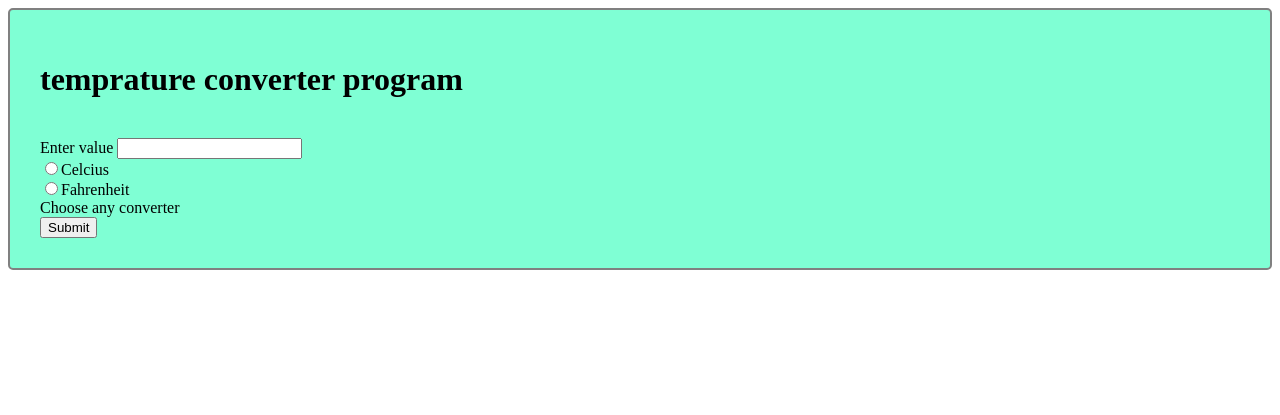
Repository: albinsabu2023/Stopwatch-program
Page: index.html
An editor plug-in stored every save of this project. The page is shown before and after the next save, followed by the edit.
The browser window is 1280 px wide. The pictures show the whole page.

Above is the page before, as saved 2023-03-02 23:09:33.

### index.html
<!DOCTYPE html>

<head>
    <meta charset="UTF-8">
    <meta http-equiv="X-UA-Compatible" content="IE=edge">
    <meta name="viewport" content="width=device-width, initial-scale=1.0">
    <link rel="stylesheet" href="style.css">
    <title>Document</title>
</head>
    <div class="c-1">


        <h1>temprature converter program</h1><br>
        <label>Enter value</label>
        <input type="text" id="text"></input><br>

        <input type="radio"  id="cel" name="temp">Celcius</input><br>
        <input type="radio" id="far" name ="temp">Fahrenheit</input><br>
        <label id="ans"> Choose any converter</label><br>
        <button type="submit" id ="submit">Submit</button>
    </div>
    <script src="index.js"></script>
</body>
</html>

### style.css
.c-1{
    padding: 30px;
    border: 2px solid gray;
    border-radius: 5px;
    background-color: aquamarine;
}
#cel,#far{
    padding: 30px;
}

### index.js
//SCOPE
/** let is limited to block
 *  var is referenced to a function
 * for(var i){
 * }
 * console.log(i) /// ERRROR!!!! cant acces
 *
 */

//locale and options
//  -----------------------
// let num = 1234.56;
// num = num.toLocaleString("en-us"); ///english usa
// console.log(num);
// num = num.toLocaleString("hi-In"); //hindi india
// console.log(num);
// num = num.toLocaleString("de-De"); //standard german
// console.log(num);
//  convert to currency
//  TO CURRENCY
//------------------

// let num = 12345.467;
// num = num.toLocaleString("en-US", { style: "currency", currency: "INR" });
// console.log(num);
//TO UNIT AND PERCENTAGE
//-----------------------------------
// num = num.toLocaleString("undefined", { style: "percentage", });
// num = num.toLocaleString("undefined", { style: "unit",,unit:"celcius" });

//NUMBER GUESSING PROGRAM
{
  /* <h1>Number Guessing Game</h1>
    <p>Pick a number between 1 to 10</p>
    <label>enter a guess</label>
    <input id="guess" type="text"></input>
    <input type="submit" id="submit"></input> */
}
// const ans = Math.floor(Math.random() * 10 + 1);
// let guess = 0;
// document.getElementById("submit").onclick = function () {
//   guess = document.getElementById("guess").value;
//   if (guess == ans) {
//     alert(`${ans} is the number it took ${guess} `);
//   } else if (guess < ans) {
//     console.log("too small");
//   } else if (guess > num) {
//     console.log("too big");
//   }
// };

//TEMPRATURE CONVERTER PROGRAM

document.getElementById("submit").onclick = function () {
  let temp;

  if (document.getElementById("cel").checked) {
    temp = document.getElementById("text").value;
    temp = Number(temp);
    let res = toCel(temp);
    document.getElementById("ans").innerHTML =
      " you enterd in celcius  is" + res;
  } else if (document.getElementById("far").checked) {
    temp = document.getElementById("text").value;
    temp = Number(temp);
    let res = toFar(temp);
    document.getElementById("ans").innerHTML =
      "you enterd in faranheit  is " + res;
  } else {
    document.getElementById("ans").innerHTML = "please choose one";
  }
};

function toCel(temp) {
  return (temp - 32) * (5 / 9);
}
function toFar(temp) {
  return (temp * 9) / 5 + 32;
}

After the next save:
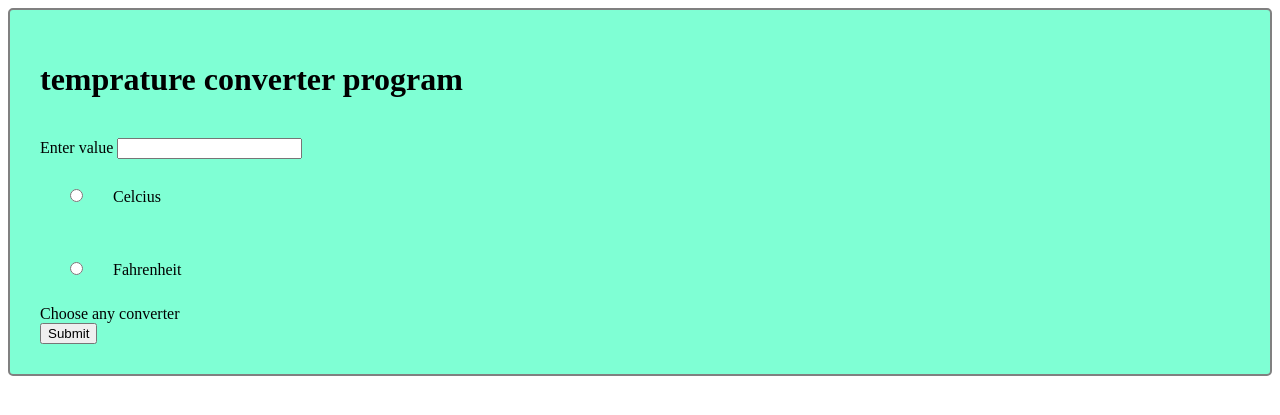
Saved 10 s later.
--- a/style.css
+++ b/style.css
@@ -5,5 +5,5 @@
     background-color: aquamarine;
 }
 #cel,#far{
-    padding: 30px;
+    margin: 30px;
 }
